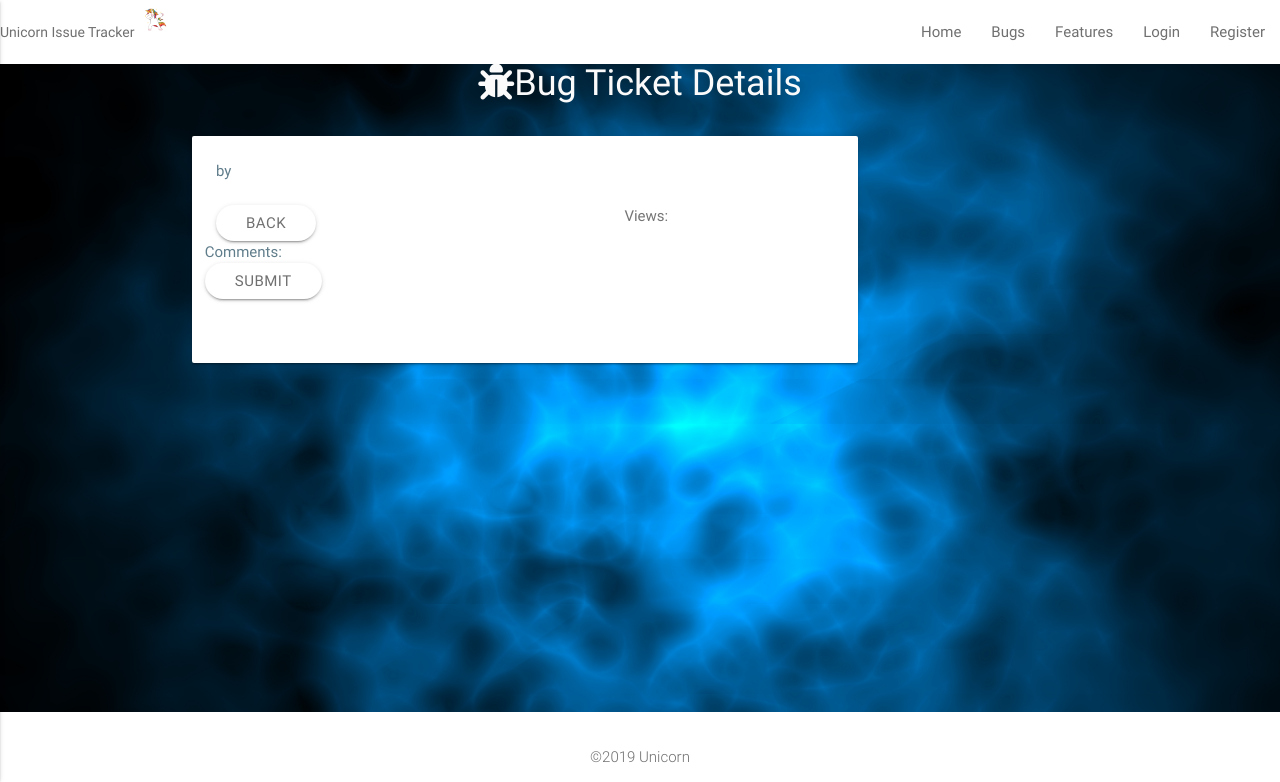
Repository: sarahg177/unicorn_attractor_not_used
Page: bugs/templates/view_bug_detail.html
The author's editor kept a record of every edit. The page is drawn from the files as they stood at one moment, then again after the next edit.
The browser window is 1280 px wide. The pictures show the whole page.
Some web libraries are served in a nearby version. The page is served by the project's application, run on Django 2.2 (manage.py). Other server files are loaded and not shown. The template is opened directly, without the code that normally fills it, so the values that code supplies are empty.

Above is the page before.

### bugs/templates/view_bug_detail.html
{% extends 'base.html' %} {% block page_title %}Bug Details{% endblock %} {% block page_heading %}<i class="fas fa-bug"></i>Bug Ticket Details{% endblock %} {% block content %}
<div class="container">
<div class="row">
    <div class="col s12 m9">
        <div class="card white">
            <div class="card-content blue-grey-text">

                <div class="date">
                    {{ bug.created_date }} by
                    <i>{{ bug.username }}</i> {% ifequal bug.ticket_status "Todo" %}
                    <span class="badge red">Todo</span> {% endifequal %} {% ifequal bug.ticket_status "Doing" %}
                    <span class="badge yellow">Doing</span> {% endifequal %} {% ifequal bug.ticket_status "Done" %}
                    <span class="badge green">Done</span> {% endifequal %}
                </div>
                <h3>{{ bug.title }}</h3>
                <div class="row">
                    <div class="col s9">
                        <p>{{ bug.description }}</p>
                        <p><span class="badge">Views: {{ bug.views }}</span> </p>
                        <!--<p><span class="badge">Votes:</span> {{ bug.upvotes }}</p>-->
                        <a href="{% url 'bugs' %}" class="btn btn-default">Back</a>

                    </div>
                    <div class="row">
                        <div class="col s12 m9">
                            <div=class="comments">
                                <p>Comments:</p>
                                {% for comment in comments %}
                                <h3><strong>{{ comment.user }}</strong><span>commented on (( comment.date_created }}</span></h3>
                                <p>{{ comment.comment }}</p>
                        </div>
                    </div>
                </div>
                <div class="card-action">
                    {% if user.is_authenticated %}
                    <a href="#">Vote</a> {% endif %}
                </div>
            </div>
        </div>
    </div>
    {% endfor %}
    <form method="POST">
        {% csrf_token %} {{ form.as_p }}
        <button type="submit" class="btn btn-default">Submit</button>
    </form>
    </div>
    {% endblock %}

### templates/base.html
{% load static from staticfiles %}
<!DOCTYPE html>
<html lang="en">

<head>
  <meta charset="UTF-8">
  <meta name="viewport" content="width=device-width, initial-scale=1.0">
  <meta http-equiv="X-UA-Compatible" content="ie=edge">

  <!--Import Google Icon Font-->
  <link href="https://fonts.googleapis.com/icon?family=Material+Icons" rel="stylesheet">
  <!-- Font Awesome -->
  <script src="https://kit.fontawesome.com/1ee6dde756.js"></script>

  <!-- Compiled and minified CSS -->
  <link rel="stylesheet" href="https://cdnjs.cloudflare.com/ajax/libs/materialize/0.100.2/css/materialize.min.css">

  <!-- Custom CSS -->
  <link rel="stylesheet" href="{% static 'css/styles.css' %}" type="text/css" />

  <title>{% block page_title %}{% endblock %}</title>
</head>

<body>

  <nav>
    <div class="nav-wrapper">
      <a href="{% url 'home' %}" class="brand-logo">Unicorn Issue Tracker <img class="unicorn_logo" src="{% static 'images/unicorn_dab.jpeg' %}" alt="Unicorn Logo"></img></a>
      <a href="#" data-activates="mobile-demo" class="button-collapse"><i class="material-icons">menu</i></a>
      <ul class="right hide-on-med-and-down">
        <li><a href="{% url 'home' %}">Home</a></li>
        <li><a href="{% url 'bugs' %}">Bugs</a></li>
        <li><a href="#">Features</a></li>
        {% if user.is_authenticated %}
        <li><a href="#">Graphs</a></li>
        <li><a href="#">Blog</a></li>
        <li><a href="{% url 'logout' %}">Logout</a></li>
        {% else %}
        <li><a href="{% url 'login' %}">Login</a></li>
        <li><a href="{% url 'registration' %}">Register</a></li>
        {% endif %}
      </ul>
      <ul class="side-nav" id="mobile-demo">
        <li><a href="{% url 'home' %}">Home</a></li>
        <li><a href="{% url 'bugs' %}">Bugs</a></li>
        <li><a href="#">Features</a></li>
        {% if user.is_authenticated %}
        <li><a href="#">Graphs</a></li>
        <li><a href="#">Blog</a></li>
        <li><a href="{% url 'logout' %}">Logout</a></li>
        {% else %}
        <li><a href="{% url 'login' %}">Login</a></li>
        <li><a href="{% url 'registration' %}">Register</a></li>
        {% endif %}
      </ul>
    </div>
  </nav>

  <main>
    <h1 class="page_heading">{% block page_heading %}{% endblock %}</h1>
    {% if messages %}
    <div>
      {% for message in messages %} {{ message }} {% endfor %}
    </div>
    {% endif %}

    <div>
      {% block content %} {% endblock %}
    </div>
  </main>
  <footer class="page-footer">
    <div class="footer-copyright">
      <div class="container">
        &copy;2019 Unicorn
      </div>
    </div>
  </footer>
  <!-- JQuery -->
  <script type="text/javascript" src="https://cdnjs.cloudflare.com/ajax/libs/jquery/3.4.1/jquery.min.js"></script>

  <!-- Compiled and minified JavaScript -->
  <script src="https://cdnjs.cloudflare.com/ajax/libs/materialize/0.100.2/js/materialize.min.js"></script>

  <!-- JQuery -->
  <script type="text/javascript">
    $(document).ready(function() {
      $(".button-collapse").sideNav();
    })
  </script>
</body>

</html>

### unicorn_attractor/urls.py
"""unicorn_attractor URL Configuration

The `urlpatterns` list routes URLs to views. For more information please see:
    https://docs.djangoproject.com/en/1.11/topics/http/urls/
Examples:
Function views
    1. Add an import:  from my_app import views
    2. Add a URL to urlpatterns:  url(r'^$', views.home, name='home')
Class-based views
    1. Add an import:  from other_app.views import Home
    2. Add a URL to urlpatterns:  url(r'^$', Home.as_view(), name='home')
Including another URLconf
    1. Import the include() function: from django.conf.urls import url, include
    2. Add a URL to urlpatterns:  url(r'^blog/', include('blog.urls'))
"""
from django.conf.urls import url
from django.contrib import admin
from home.views import home
from bugs.views import get_bugs_list, create_a_new_bug, view_bug_details, edit_a_bug
from accounts.views import login, logout, registration

urlpatterns = [
    url(r'^admin/', admin.site.urls),
    url(r'^$', home, name="home"),
    url(r'^accounts/logout/$', logout, name="logout"),
    url(r'^accounts/login/$', login, name="login"),
    url(r'^accounts/register/$', registration, name="registration"),
    url(r'^bugs$', get_bugs_list, name="bugs"),
    url(r'^add$', create_a_new_bug, name="add"),
    url(r'^edit/(?P<id>\d+)$', edit_a_bug, name="edit_bug"),
    url(r'^(?P<pk>\d+)/$', view_bug_details, name="bug_details"),
]

### static/css/styles.css
main {
    background-image: url('../images/electric_background.jpeg');
    background-size: cover;
    height: 90vh;
    color: #fafafa;
}

.unicorn_logo {
    height: 35px;
}

nav {
    background-color: #fff;
}

nav a,
.side-nav,
nav ul a {
    color: #707070;
}

nav .brand-logo {
    font-size: 14px;
    color: #707070;
}

.page_heading {
    font-size: 36px;
    text-align: center;
    margin-top: 0;
}

/*----------------------------Index Page----------------------------*/

.intro {
    text-align: center;
}

.promise {
    font-size: 30px;
    text-align: center;
    margin-top: 100px;
}

.promise_section {
    text-align: center;
}

.btn {
    border-radius: 20px;
    color: #707070;
    background-color: #fff;
}

/*----------------------------Footer----------------------------*/

.page-footer {
    background-color: #fff;
}

.page-footer .footer-copyright {
    background-color: #fff;
    color: #707070;
    text-align: center;
}

After the next edit:
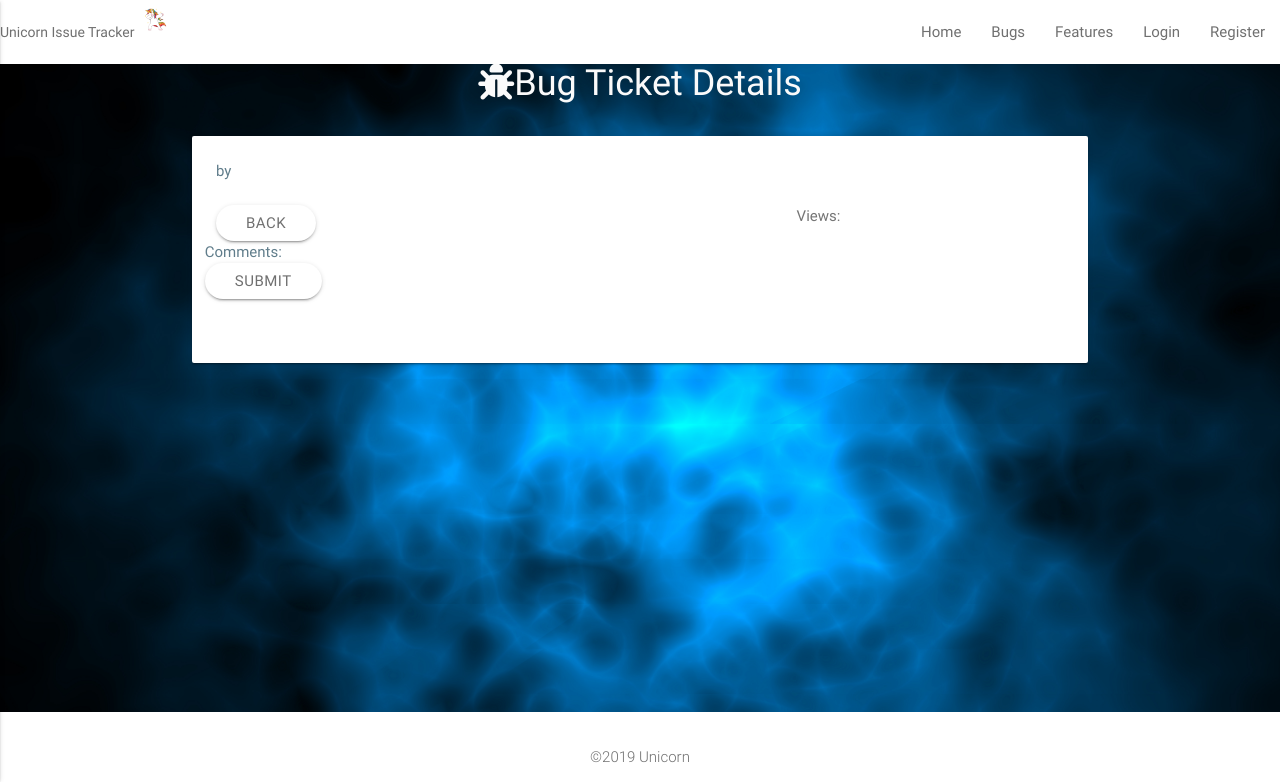
The edit:
--- a/bugs/templates/view_bug_detail.html
+++ b/bugs/templates/view_bug_detail.html
@@ -1,7 +1,7 @@
 {% extends 'base.html' %} {% block page_title %}Bug Details{% endblock %} {% block page_heading %}<i class="fas fa-bug"></i>Bug Ticket Details{% endblock %} {% block content %}
 <div class="container">
 <div class="row">
-    <div class="col s12 m9">
+    <div class="col s12">
         <div class="card white">
             <div class="card-content blue-grey-text">
 
